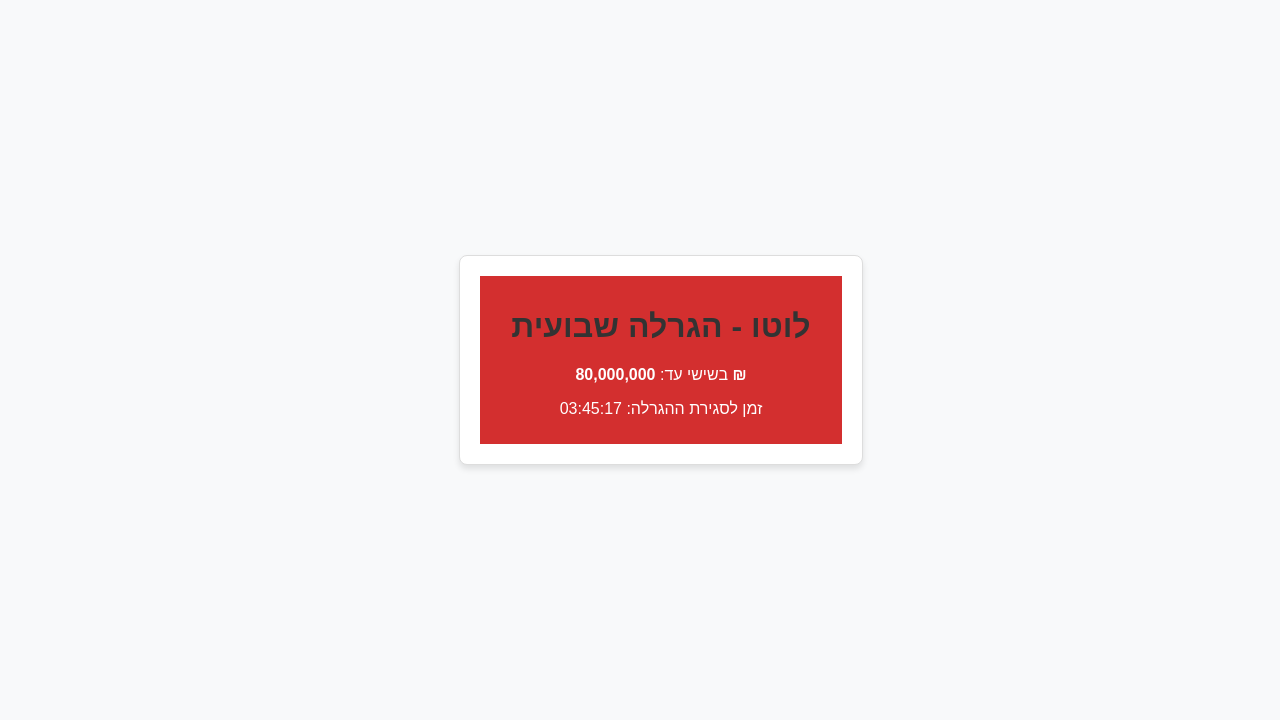
Repository: Giltih/LottoForm1
Page: /
The author's editor kept a copy of each file at every save. The page is drawn from the files as they stood at one save, then again after the next save.
The browser window is 1280 px wide. The pictures show the whole page.
The project was rebuilt for these pictures with package versions that can differ from the ones it lists, and the page was loaded fresh each time. Also part of the build but not shown: vite.config.ts.

Above is the page before, as saved 2025-02-09 21:00:50.

### src/index.css

body {
  font-family: Arial, sans-serif;
  background-color: #f4f4f9;
  margin: 0;
  padding: 0;
}

h1, h2 {
  color: #333;
}

button {
  background-color: #4CAF50;
  color: white;
  border: none;
  border-radius: 5px;
  padding: 10px;
  cursor: pointer;
}

button:hover {
  background-color: #45a049;
}

### src/App.tsx
import React, { useState } from 'react';
import Header from './components/Header';
import LotteryAmountSelector from './components/LotteryAmountSelector';
import ExtraOption from './components/ExtraOption';
import StrongNumberSelector from './components/StrongNumberSelector';
import LottoForm from './components/LottoForm';
import PriceSummary from './components/PriceSummary';
import './App.css';
import LotteryInterface from './components/LottoInterface';

const App: React.FC = () => {
  const tableCount = 2;
  // const [tableCount, setTableCount] = useState(2);
  const [draws, setDraws] = useState(1);
  const [isExtraSelected, setIsExtraSelected] = useState(false);
  const [strongNumber, setStrongNumber] = useState<number>(0);
  const [selectedNumbers, setSelectedNumbers] = useState<number[][]>(
    Array(14).fill([])
  );

  const handleNumberSelect = (tableIndex: number, number: number) => {
    const newSelectedNumbers = [...selectedNumbers];
    const tableNumbers = newSelectedNumbers[tableIndex] || [];

    if (tableNumbers.includes(number)) {
      newSelectedNumbers[tableIndex] = tableNumbers.filter((num) => num !== number);
    } else if (tableNumbers.length < 6) {
      newSelectedNumbers[tableIndex] = [...tableNumbers, number];
    }

    setSelectedNumbers(newSelectedNumbers);
  };

  return (
    <div className="app-container">
      <Header />
      <div className="main-content" >
        {/* <LotteryInterface /> */}
        {/* <div className="left-section">
          <LotteryAmountSelector selectedDraws={draws} onChange={setDraws} />
          <ExtraOption isSelected={isExtraSelected} onChange={setIsExtraSelected} />
          <StrongNumberSelector selectedStrongNumber={strongNumber} onStrongNumberSelect={setStrongNumber} />
          <PriceSummary tables={tableCount} draws={draws} isExtraSelected={isExtraSelected} />
        </div>
        <div className='middle-section'>vibe</div>
        <div className="right-section">
          <LottoForm
            tableCount={tableCount}
            selectedNumbers={selectedNumbers}
            onNumberSelect={handleNumberSelect}
          />
        </div> */}
      </div>
    </div>
  );
};

export default App;

### src/components/Header.tsx
import React from 'react';

const Header: React.FC = () => {
  return (
    <header style={{ backgroundColor: '#d32f2f', color: '#fff', padding: '10px', textAlign: 'center' }}>
      <h1>לוטו - הגרלה שבועית</h1>
      <p>בשישי עד: <span style={{ fontWeight: 'bold' }}>80,000,000 ₪</span></p>
      <p>זמן לסגירת ההגרלה: 03:45:17</p>
    </header>
  );
};

export default Header;

### src/App.css
body {
  font-family: Arial, sans-serif;
  background-color: #f8f9fa;
  margin: 0;
  padding: 0;
  display: flex;
  justify-content: center;
  align-items: center;
  height: 100vh;
}

.app-container {
  max-width: 1200px;
  width: 100%;
  background-color: #ffffff;
  border: 1px solid #ddd;
  border-radius: 8px;
  padding: 20px;
  box-shadow: 0 4px 6px rgba(0, 0, 0, 0.1);
}

.main-content {
  display: flex;
}

.left-section,
.right-section {
  flex: 1;
  margin: 0 10px;
}

button {
  border: none;
  cursor: pointer;
  transition: background-color 0.3s;
}

button:hover {
  background-color: #b3e5fc;
}

.numbersGrid {
  display: 'grid';
  grid-template-columns: 'repeat(9, 1fr)';
  gap: '5px' ;
}

.numbersGrid button {
  padding: 5px;
  margin: 5px;
  background-color: #817a7a;
  min-width:30px;

}

.numbersGrid button.selected {
  background-color: #487184;
}

### src/components/LottoInterface.tsx
import React, { useState } from 'react';
import { Trash2, HelpCircle, ChevronLeft, ChevronRight } from 'lucide-react';

interface LotteryTable {
  regular: (number | null)[];
  strong: number | null;
}

const LotteryInterface: React.FC = () => {
  const [selectedTable, setSelectedTable] = useState<number>(1);
  const [tables, setTables] = useState<LotteryTable[]>(
    Array.from({ length: 14 }, () => ({
      regular: Array(6).fill(null) as (number | null)[],
      strong: null,
    }))
  );
  const [selectedRaffles, setSelectedRaffles] = useState<number>(1);

  const BASE_PRICE = 11.90;

  const calculateTotalPrice = (raffles: number): string => {
    return (BASE_PRICE * raffles).toFixed(2);
  };

  const handleRaffleSelection = (count: number): void => {
    setSelectedRaffles(count);
  };

  const isNumberSelected = (
    tableIndex: number,
    num: number,
    isStrong: boolean = false
  ): boolean => {
    const table = tables[tableIndex];
    if (isStrong) {
      return table.strong === num;
    }
    return table.regular.includes(num);
  };

  const handleNumberSelection = (
    tableIndex: number,
    num: number,
    isStrong: boolean = false
  ): void => {
    if (isNumberSelected(tableIndex, num, isStrong)) {
      return;
    }

    const newTables = [...tables];
    if (isStrong) {
      newTables[tableIndex].strong = num;
    } else {
      const regularNumbers = newTables[tableIndex].regular;
      const firstEmpty = regularNumbers.indexOf(null);
      if (firstEmpty !== -1) {
        regularNumbers[firstEmpty] = num;
      }
    }
    setTables(newTables);
  };

  const clearTableRow = (tableIndex: number): void => {
    const newTables = [...tables];
    newTables[tableIndex] = {
      regular: Array(6).fill(null) as (number | null)[],
      strong: null,
    };
    setTables(newTables);
  };

  const LeftColumn: React.FC = () => (
    <div className="p-4 h-full bg-gradient-to-br from-blue-50 to-blue-100">
      <div className="space-y-4">
        <div className="bg-white p-4 rounded-lg shadow-md">
          <div className="flex justify-between items-center mb-2">
            <span className="font-medium">Number of Raffles</span>
            <HelpCircle className="w-5 h-5 text-blue-500" />
          </div>
          <div className="grid grid-cols-4 gap-2">
            {[8, 4, 2, 1].map((num) => (
              <button
                key={num}
                onClick={() => handleRaffleSelection(num)}
                className={`p-2 rounded-lg shadow-md transition-all ${
                  selectedRaffles === num
                    ? 'bg-gradient-to-r from-blue-600 to-blue-700 text-white'
                    : 'bg-gradient-to-r from-blue-400 to-blue-500 text-white hover:from-blue-500 hover:to-blue-600'
                }`}
              >
                {num}
              </button>
            ))}
          </div>
        </div>

        <div className="bg-white p-4 rounded-lg shadow-md">
          <div className="flex justify-between items-center">
            <span>Extra Option</span>
            <HelpCircle className="w-5 h-5 text-blue-500" />
          </div>
        </div>

        <div className="mt-auto">
          <div className="space-y-2 bg-white p-4 rounded-lg shadow-md">
            <div className="flex justify-between font-medium">
              <span>Raffles:</span>
              <span>{selectedRaffles}</span>
            </div>
            <div className="flex justify-between text-lg font-bold text-blue-700">
              <span>Total:</span>
              <span>₪{calculateTotalPrice(selectedRaffles)}</span>
            </div>
          </div>
          <button className="w-full mt-4 bg-gradient-to-r from-green-500 to-green-600 text-white p-3 rounded-lg shadow-md hover:from-green-600 hover:to-green-700 transition-all font-medium">
            Submit Form
          </button>
        </div>
      </div>
    </div>
  );

  const MiddleColumn: React.FC = () => (
    <div className="p-4 h-full bg-gradient-to-br from-gray-50 to-gray-100">
      <div className="space-y-2">
        {tables.map((table, tableIndex) => (
          <div
            key={tableIndex}
            className={`p-2 rounded-lg cursor-pointer transition-all ${
              selectedTable === tableIndex + 1
                ? 'border-2 border-blue-500 bg-white shadow-lg'
                : 'border border-gray-200 bg-white shadow hover:border-blue-300'
            }`}
            onClick={() => setSelectedTable(tableIndex + 1)}
          >
            <div className="flex items-center space-x-2">
              <span className="w-6 font-medium text-blue-600">
                {tableIndex + 1}
              </span>
              <div className="flex-1 grid grid-cols-7 gap-2">
                {table.regular.map((num, i) => (
                  <div
                    key={i}
                    className="w-8 h-8 border rounded-lg flex items-center justify-center bg-gradient-to-br from-blue-50 to-blue-100 font-medium text-blue-700"
                  >
                    {num}
                  </div>
                ))}
                <div className="w-8 h-8 border rounded-lg flex items-center justify-center bg-gradient-to-br from-yellow-50 to-yellow-100 font-medium text-yellow-700">
                  {table.strong}
                </div>
              </div>
              <Trash2
                className="w-5 h-5 text-gray-400 cursor-pointer hover:text-red-500 transition-colors"
                onClick={(e) => {
                  e.stopPropagation();
                  clearTableRow(tableIndex);
                }}
              />
            </div>
          </div>
        ))}
      </div>
    </div>
  );

  const RightColumn: React.FC = () => {
    const regularNumbers: number[] = Array.from({ length: 47 }, (_, i) => i + 1);
    const strongNumbers: number[] = Array.from({ length: 7 }, (_, i) => i + 1);

    const getNumberButtonClass = (
      number: number,
      isStrong: boolean = false
    ): string => {
      const baseClass =
        'w-8 h-8 text-sm rounded-lg shadow transition-all font-medium ';
      const isSelected = isNumberSelected(selectedTable - 1, number, isStrong);

      if (isStrong) {
        return (
          baseClass +
          (isSelected
            ? 'bg-yellow-500 text-white cursor-not-allowed'
            : 'bg-gradient-to-br from-yellow-50 to-yellow-100 hover:from-yellow-100 hover:to-yellow-200 text-yellow-700')
        );
      }

      return (
        baseClass +
        (isSelected
          ? 'bg-blue-500 text-white cursor-not-allowed'
          : 'bg-gradient-to-br from-blue-50 to-blue-100 hover:from-blue-100 hover:to-blue-200 text-blue-700')
      );
    };

    return (
      <div className="p-4 h-full bg-gradient-to-br from-gray-50 to-gray-100">
        <div className="space-y-4">
          <div className="flex justify-between items-center">
            <span className="font-medium text-blue-700">
              Regular Numbers (1-47)
            </span>
            <div className="flex space-x-2">
              <ChevronLeft className="w-5 h-5 text-blue-500" />
              <ChevronRight className="w-5 h-5 text-blue-500" />
            </div>
          </div>

          <div className="grid grid-cols-7 gap-2">
            {regularNumbers.map((num) => (
              <button
                key={num}
                className={getNumberButtonClass(num)}
                onClick={() => handleNumberSelection(selectedTable - 1, num)}
                disabled={isNumberSelected(selectedTable - 1, num)}
              >
                {num}
              </button>
            ))}
          </div>

          <div className="mt-8">
            <span className="font-medium text-yellow-700">
              Strong Number (1-7)
            </span>
            <div className="grid grid-cols-7 gap-2 mt-2">
              {strongNumbers.map((num) => (
                <button
                  key={num}
                  className={getNumberButtonClass(num, true)}
                  onClick={() =>
                    handleNumberSelection(selectedTable - 1, num, true)
                  }
                  disabled={isNumberSelected(selectedTable - 1, num, true)}
                >
                  {num}
                </button>
              ))}
            </div>
          </div>
        </div>
      </div>
    );
  };

  return (
    <div className="grid grid-cols-3 gap-4 p-4">
      <LeftColumn />
      <MiddleColumn />
      <RightColumn />
    </div>
  );
};

export default LotteryInterface;

Loaded but not shown: index.html (common file); src/main.tsx (common file)

After the next save:
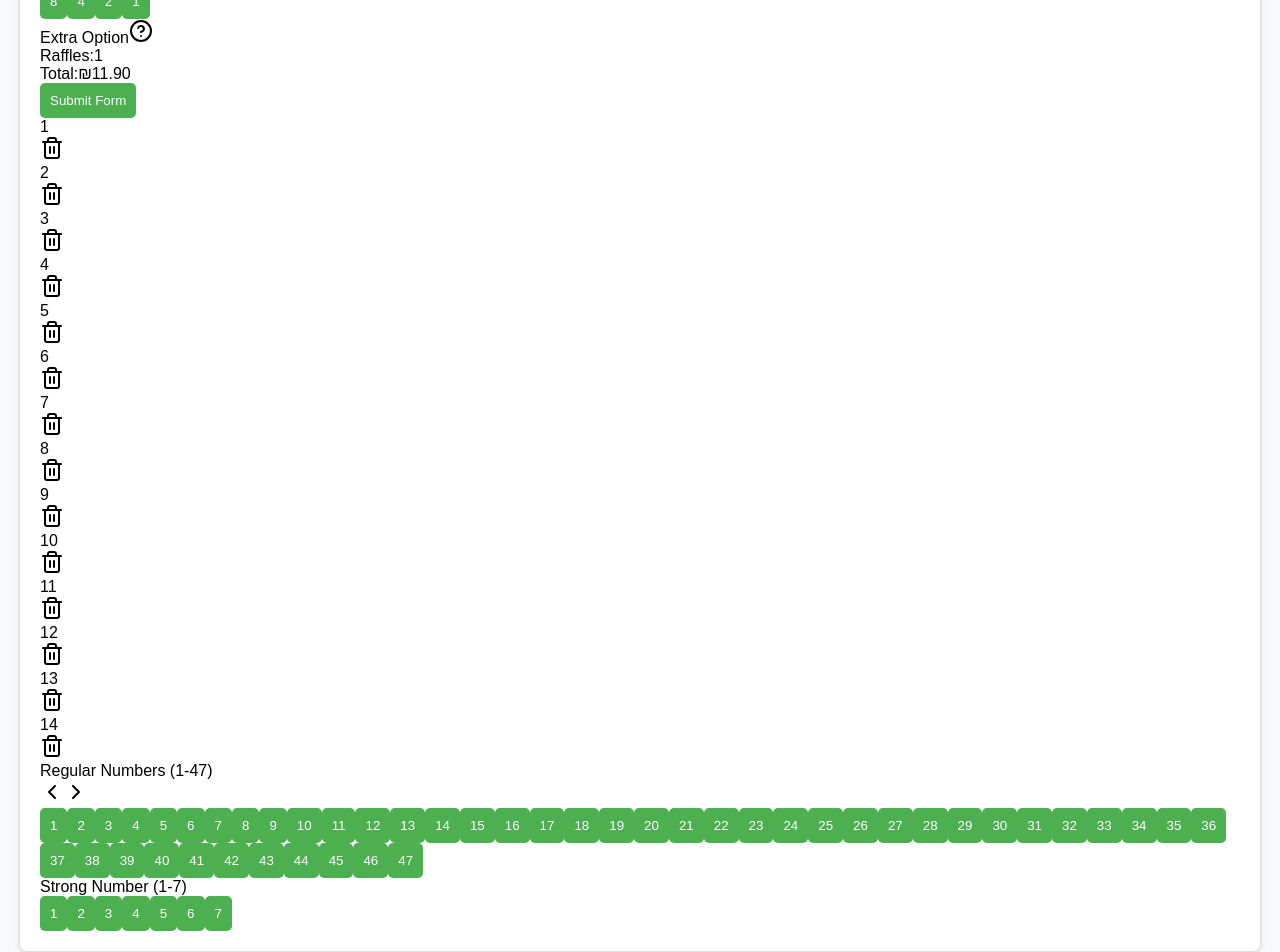
Saved 27 s later.
--- a/src/App.tsx
+++ b/src/App.tsx
@@ -35,7 +35,7 @@ const App: React.FC = () => {
     <div className="app-container">
       <Header />
       <div className="main-content" >
-        {/* <LotteryInterface /> */}
+        <LotteryInterface />
         {/* <div className="left-section">
           <LotteryAmountSelector selectedDraws={draws} onChange={setDraws} />
           <ExtraOption isSelected={isExtraSelected} onChange={setIsExtraSelected} />
